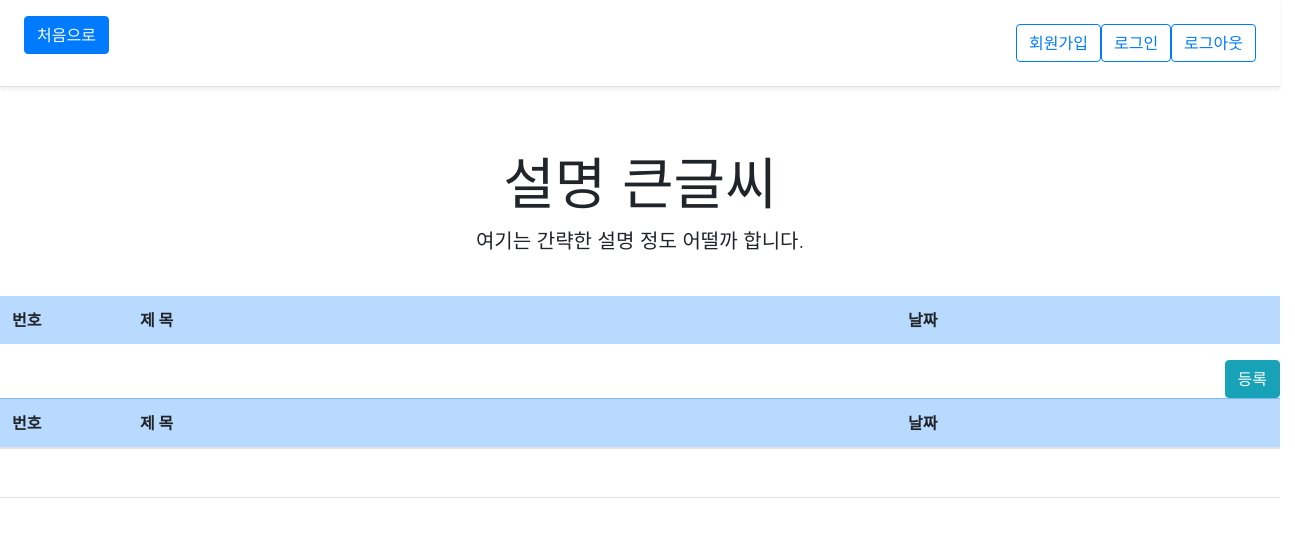
Repository: SettingRhino/innogleantmanager
Page: http://localhost/antmanager/WEB-INF/views/diary.jsp
These files come from the project's save history. The page is drawn as it stood at one moment and after the next save; the edit follows.
The browser window is 1280 px wide. The page is 1295 px wide, so the pictures cover 1295 px, including what lies to the right of the window. The pictures show the whole page.
The page is served by Tomcat 9. Nobody is signed in. The template is opened directly, without the code that normally fills it, so the values that code supplies are empty.

Above is the page before, as saved 2020-06-09 02:32:47.

After the next save:
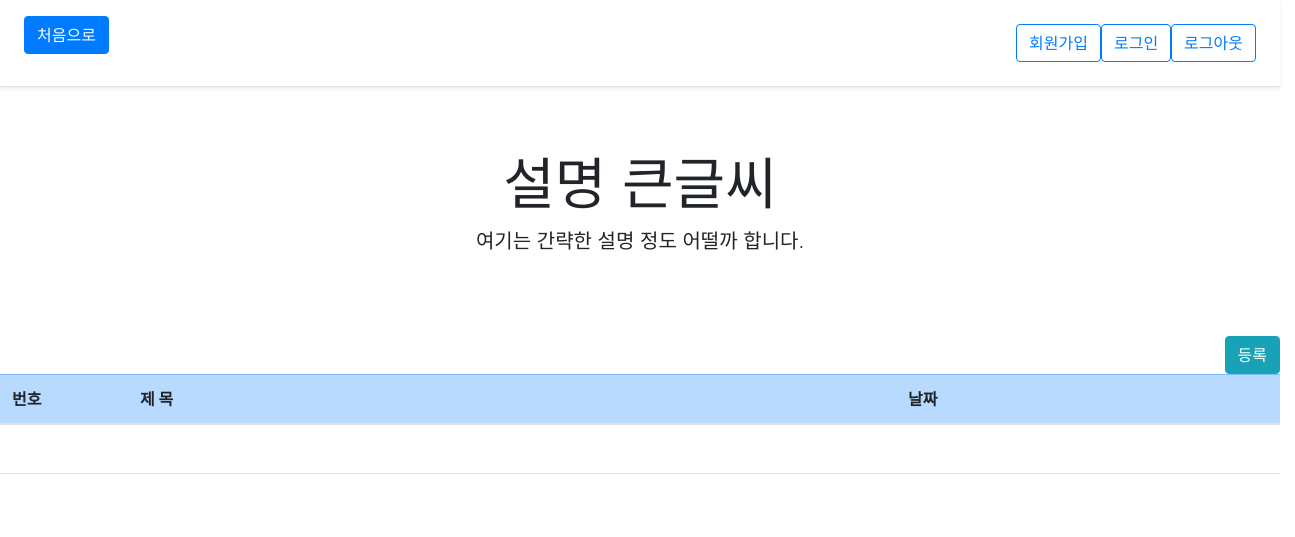
Saved 12 s later.
--- a/antmanager/src/main/webapp/WEB-INF/views/diary.jsp
+++ b/antmanager/src/main/webapp/WEB-INF/views/diary.jsp
@@ -65,10 +65,10 @@
 	</div>
 	<table class="table table-borderless">
     <thead>
-      <tr class="table-primary">
-				<th style="width: 10%">번호</th>
-				<th style="width: 60%">제 목</th>
-				<th style="width: 20%">날짜</th>
+      <tr>
+				<th style="width: 10%"></th>
+				<th style="width: 60%"></th>
+				<th style="width: 20%"></th>
 				<th style="width: 10%"></th>
 			</tr>
     </thead>
